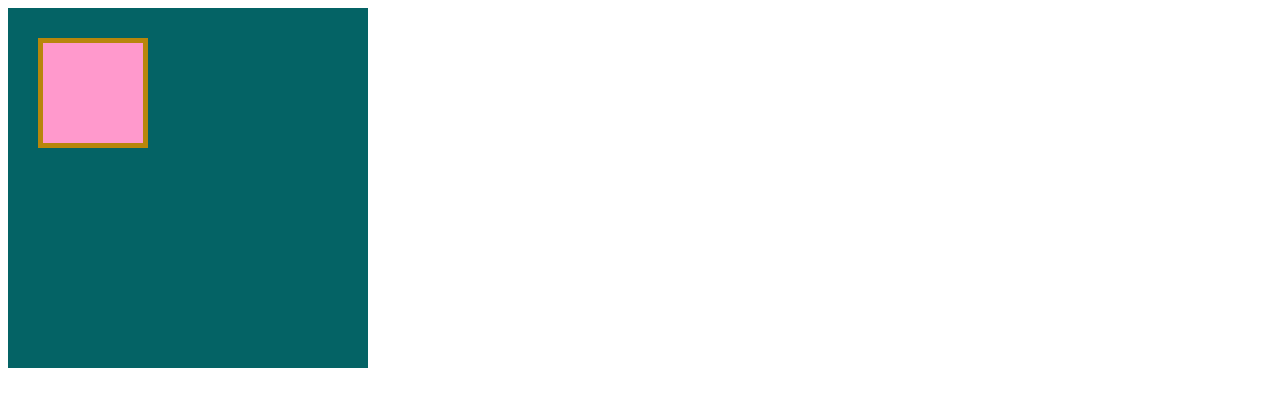
Repository: Kaori199701/-1
Page: box/box.html
The author's editor kept a record of every edit. The page is drawn from the files as they stood at one moment, then again after the next edit.
The browser window is 1280 px wide. The pictures show the whole page.

Above is the page before.

After the next edit:
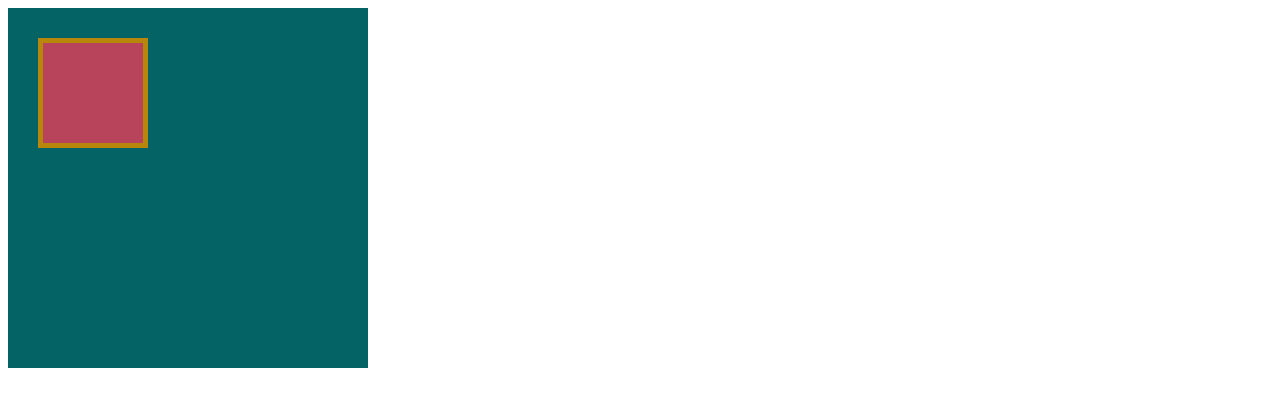
The edit:
--- a/box/box.css
+++ b/box/box.css
@@ -8,7 +8,7 @@
 .box2 {
   width: 100px;
   height: 100px;
-  background-color: #FF99CC;
+  background-color: #B7445A;
     /* 指定方法（box2の周囲すべてに枠線を設定する場合） */
   border: 5px solid #B8860B;
 }
